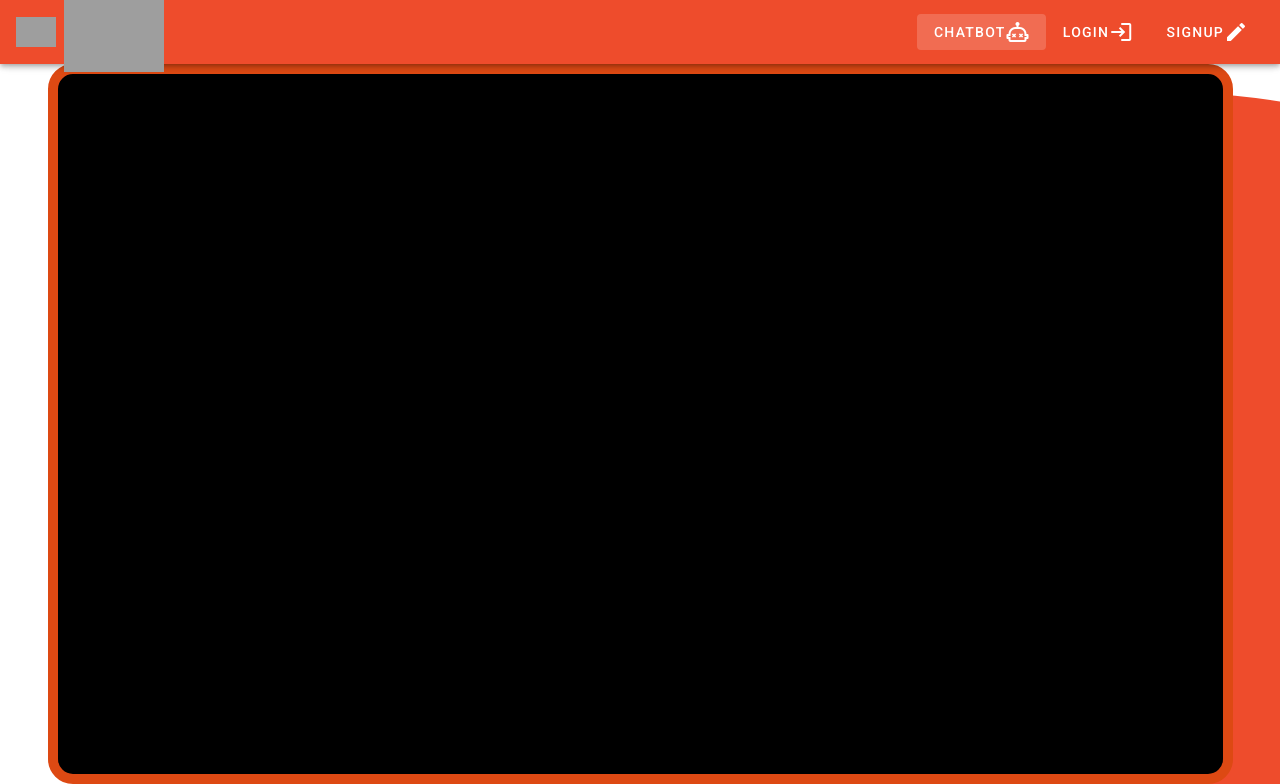
Repository: atout811/pyTorch-Hackathon
Page: /chatbot (app in frontend/)
These files come from the project's save history. The page is drawn as it stood at one moment and after the next save; the edit follows.
The browser window is 1280 px wide. The pictures show the whole page.
Pictures or frames that could not be fetched are drawn as grey boxes. The project was rebuilt for these pictures with package versions that can differ from the ones it lists, and the page was loaded fresh each time. Also part of the build but not shown: frontend/vue.config.js, frontend/src/views/Home.vue.

Above is the page before, as saved 2021-10-21 14:51:04.

After the next save:
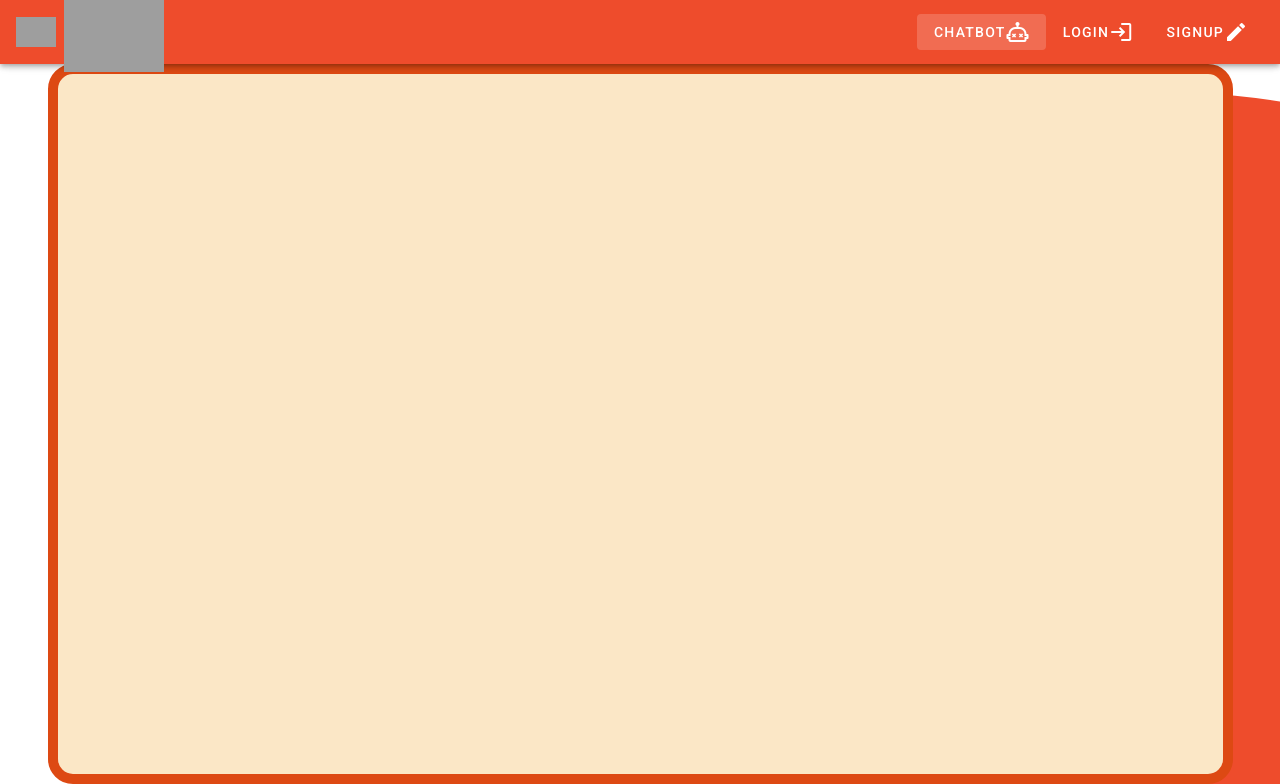
Saved 16 s later.
--- a/frontend/src/views/Chatbot.vue
+++ b/frontend/src/views/Chatbot.vue
@@ -18,7 +18,7 @@ export default {
   height: 100vh;
   width: 100vw;
   /* margin: 10px; */
-  background-color: black;
+  background-color: #fbe7c6;
   border-radius: 25px;
   border: 10px solid rgb(221, 73, 19);
 }
